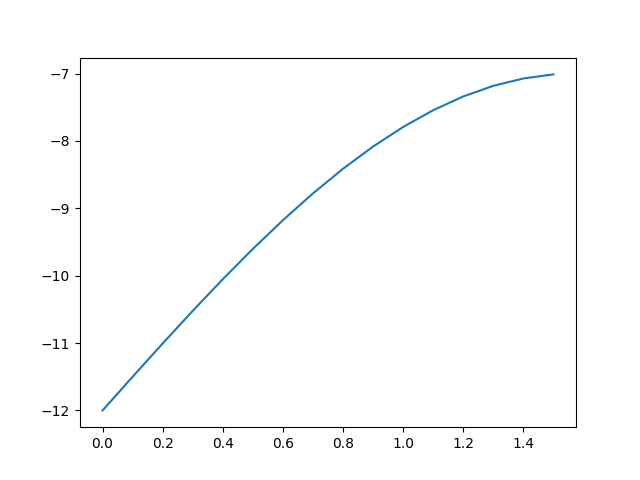
Repository: virangaj/python_labsheets
Script's output: python Tutorial_2/ex3.py
These files come from the project's save history. The script's output is drawn as it stood at one moment and after the next save; the edit follows.
Random numbers start from a fixed seed.

Above is the script's output before, as saved 2022-07-03 22:55:56.

After the next save:
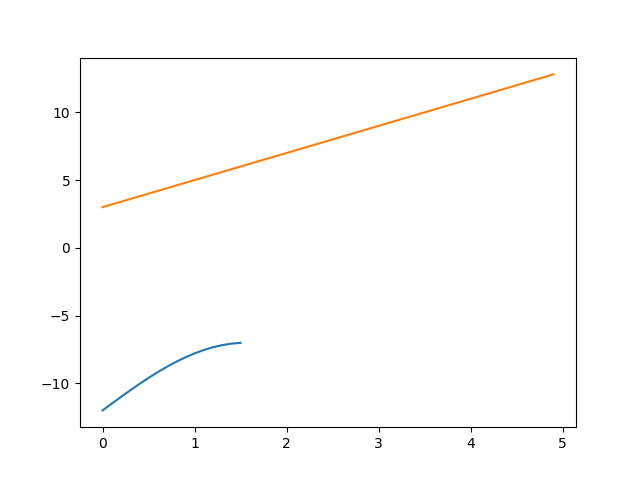
Saved 28 s later.
--- a/Tutorial_2/ex3.py
+++ b/Tutorial_2/ex3.py
@@ -8,10 +8,12 @@ def create_graph():
     y = np.sin(x) *5 - 12
     print(y)
     plt.plot(x,y)
-    plt.show()
+
 
     t = np.arange(0, 5, 0.1)
     print(t)
     f = 2*t+3
+    plt.plot(t,f)
 
+    plt.show()
 create_graph()
